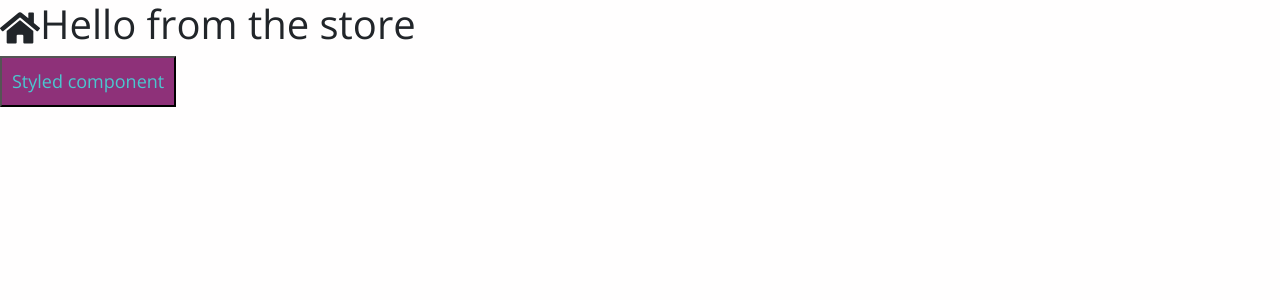
Repository: CaptainStorm21/react16-techstore
Page: /
An editor plug-in stored every save of this project. The page is shown before and after a run of saves, followed by the edit.
The browser window is 1280 px wide. The pictures show the whole page.
Some web fonts or font styles are not loaded; a fallback is used. The project was rebuilt for these pictures with package versions that can differ from the ones it lists, and the page was loaded fresh each time.

Above is the page before, as saved 2020-05-07 01:07:18.

### public/index.html
<!DOCTYPE html>
<html lang="en">
  <head>
    <meta charset="utf-8" />
    <link rel="icon" href="%PUBLIC_URL%/favicon.ico" />
    <meta name="viewport" content="width=device-width, initial-scale=1" />
    <meta name="theme-color" content="#000000" />
    <meta
      name="description"
      content="Web site created using create-react-app"
    />
    <link rel="apple-touch-icon" href="%PUBLIC_URL%/logo192.png" />
    <!--
      manifest.json provides metadata used when your web app is installed on a
      user's mobile device or desktop. See https://developers.google.com/web/fundamentals/web-app-manifest/
    -->
    <link rel="manifest" href="%PUBLIC_URL%/manifest.json" />
    <!--
      Notice the use of %PUBLIC_URL% in the tags above.
      It will be replaced with the URL of the `public` folder during the build.
      Only files inside the `public` folder can be referenced from the HTML.

      Unlike "/favicon.ico" or "favicon.ico", "%PUBLIC_URL%/favicon.ico" will
      work correctly both with client-side routing and a non-root public URL.
      Learn how to configure a non-root public URL by running `npm run build`.
    -->
    <title>Tech Store</title>
  </head>
  <body>
    <noscript>You need to enable JavaScript to run this app.</noscript>
    <div id="root"></div>
    <!--
      This HTML file is a template.
      If you open it directly in the browser, you will see an empty page.

      You can add webfonts, meta tags, or analytics to this file.
      The build step will place the bundled scripts into the <body> tag.

      To begin the development, run `npm start` or `yarn start`.
      To create a production bundle, use `npm run build` or `yarn build`.
    -->
  </body>
</html>

### src/App.js
import React from 'react';
import './App.css';
import  'bootstrap/dist/css/bootstrap.min.css';
import styled from 'styled-components';


import {FaHome} from 'react-icons/fa';

function App() {
  return (
    <div >
     <h1><FaHome/>Hello from the store</h1>
     <Button large> Styled component </Button>
    </div>
  );
}

const plumCcolor = '#8E3179';
const Button = styled.button`
color:#4BC7CF;
background: #8E3179;
font-size: 18px;
padding: 10px;

`;

export default App;

### src/App.css
@import url("https://fonts.googleapis.com/css?family=Monda:400,700|Open+Sans:400,700|Raleway:400,700&display=swap");

/* font-family: 'Raleway', sans-serif;
font-family: 'Open Sans', sans-serif;
font-family: 'Monda', sans-serif;
*/

/* sass */
:root {
  --primaryColor: #0a74bb;
  --primaryRGBA: rgba(0, 0, 0, 0.3);
  --mainGrey: #fffefede !important;
  --darkGrey: #1a1110;
  --mainWhite: #fff;
  --mainBlack: #222;
  --mainTransition: all 0.3s ease-in-out;
  --mainSpacing: 0.3rem;
}

.text-title {
  font-family: "Monda", sans-serif;
  font-weight: bold;
  letter-spacing: var(--mainSpacing);
  text-transform: capitalize;
}

.text-main {
  color: var(--primaryColor);
}

body {
  font-family: "Open Sans", sans-serif !important;
  background-color: var(--mainGrey) !important;
  color: var(--mainBlack);
}

Loaded but not shown: src/index.js (common file); src/index.css (common file); src/serviceWorker.js (common file)

After the next 3 saves:
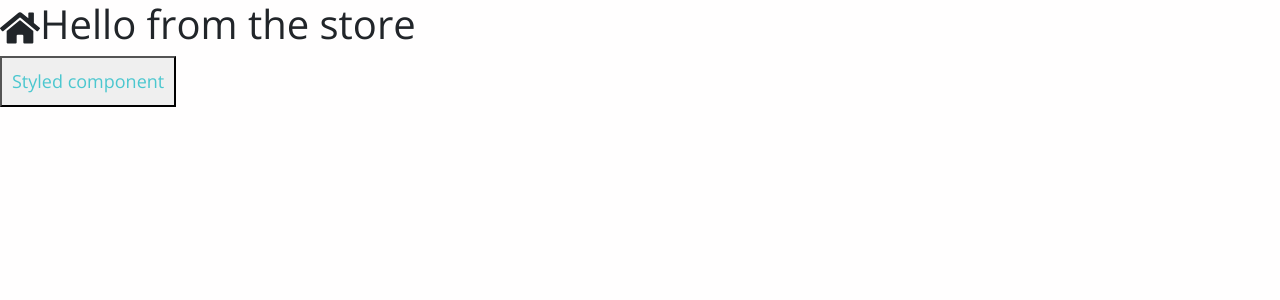
The 3 saves are shown as one change because they came seconds apart.
The last was saved 10 s later.
--- a/src/App.js
+++ b/src/App.js
@@ -18,7 +18,7 @@ function App() {
 const plumCcolor = '#8E3179';
 const Button = styled.button`
 color:#4BC7CF;
-background: #8E3179;
+background: {plumColor};
 font-size: 18px;
 padding: 10px;
 
